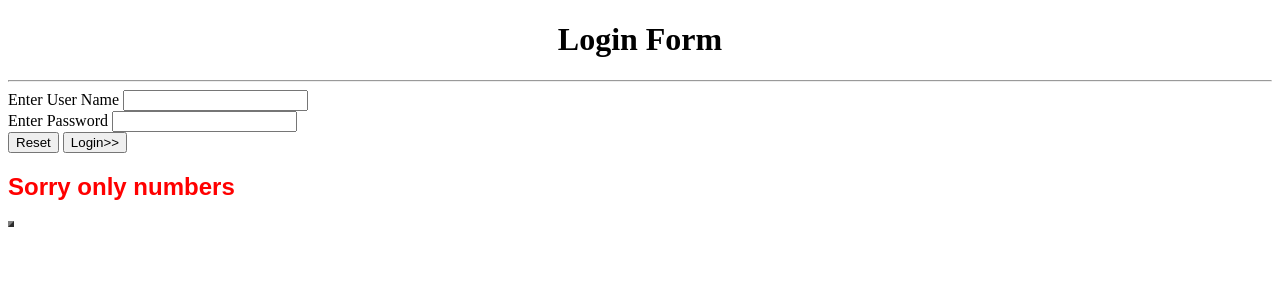
Repository: adithnaveen/SdetBatch3
Page: http://localhost/WebWorks/ShowMulti.jsp
An editor plug-in stored every save of this project. The page is shown before and after the next save, followed by the edit.
The browser window is 1280 px wide. The pictures show the whole page.
The page is served by Tomcat 9. Other server files are loaded and not shown.

Above is the page before, as saved 2017-04-03 22:59:09.

### SDET4/WebWorks/WebContent/ShowMulti.jsp
<%@ page language="java" contentType="text/html; charset=ISO-8859-1"
    pageEncoding="ISO-8859-1"%>
<!DOCTYPE html PUBLIC "-//W3C//DTD HTML 4.01 Transitional//EN" "http://www.w3.org/TR/html4/loose.dtd">
<html>
<head>
<meta http-equiv="Content-Type" content="text/html; charset=ISO-8859-1">
<title>Insert title here</title>
</head>
<body>
<jsp:include page=""/>

<%!
	// declaration

	public void jspInit(){
		System.out.println("im from jsp init");
	}
%>
<table  border="3">
	<%
	try{
		int val = Integer.parseInt(request.getParameter("val"));

		for(int i=1; i<=10; i++){
%>
			<tr><td>
				<%= val  %> X <%=i  %>  = <%= (val * i) %>
			</td></tr>
<%
		}

	}catch(NumberFormatException nfe){
%>
		<h2 style="color: red;font-family: arial">
			Sorry only numbers</h2>
<%
	}
	%>
	</table>
</body>
</html>

### SDET4/WebWorks/WebContent/login.html
<!DOCTYPE html>
<html>
<head>
<meta charset="ISO-8859-1">
<title>Insert title here</title>
</head>
<body>
	<h1 align="center">Login Form </h1> <hr />
	<form action="validate" method="post">
		Enter User Name <input type="text" name="uname" /><br />
		Enter Password <input type="password" name="pass" /> <br />
		<input type="reset" /> <input type="submit" value="Login>>" />
	</form>
</body>
</html>

### SDET4/WebWorks/WebContent/MultiplicationForm.html
<!DOCTYPE html>
<html>
<head>
<meta charset="ISO-8859-1">
<title>Insert title here</title>
</head>
<body>
	<form action="ShowMulti.jsp" method="post">
		<table border="3">
			<tr>
				<td>Enter a number </td>
				<td><input type="text" name="val" /></td>
			</tr>
			<tr>
				<td><input type="reset" /></td>
				<td><input type="submit"  value="Show"/></td>
			</tr>
		</table>
	</form>
</body>
</html>

After the next save:
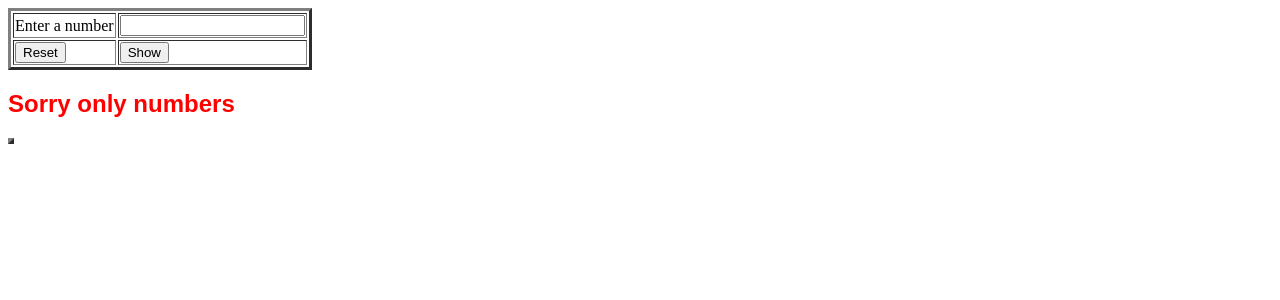
Saved 8 s later.
--- a/SDET4/WebWorks/WebContent/ShowMulti.jsp
+++ b/SDET4/WebWorks/WebContent/ShowMulti.jsp
@@ -7,7 +7,7 @@
 <title>Insert title here</title>
 </head>
 <body>
-<jsp:include page=""/>
+<jsp:include page="MultiplicationForm.html"/>
 
 <%!
 	// declaration
